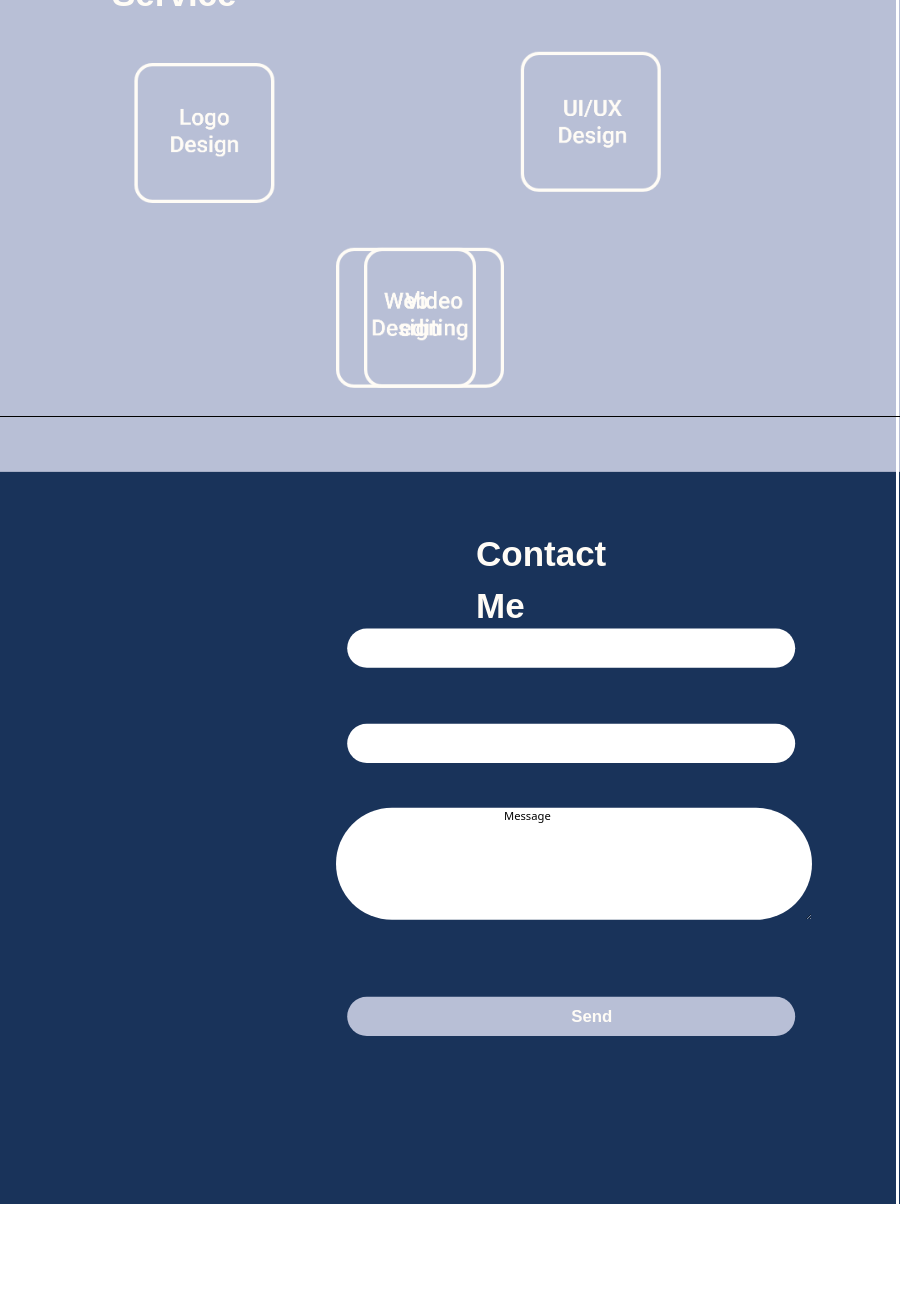
Repository: MEROO1010/my_portfolio
Page: /
The author's editor kept a copy of each file at every save. The page is drawn from the files as they stood at one save, then again after the next save.
The browser window is 1280 px wide. The page is 1285 px wide, so the pictures cover 1285 px, including what lies to the right of the window. The pictures show the part of the page from y = 2310 to 4190 px (the page is 4190 px tall before and 4184 px after), at 70% of full size.
The project was rebuilt for these pictures with package versions that can differ from the ones it lists, and the page was loaded fresh each time. The framework's server and built-in components were replaced by stand-ins that run in the browser. Also part of the build but not shown: next.config.js.

Above is the page before, as saved 2023-08-17 09:25:36.

### pages/_app.tsx
import '../styles/globals.css'
import type { AppProps } from 'next/app'
import 'tailwindcss/tailwind.css'


function MyApp({ Component, pageProps }: AppProps) {
  return <Component {...pageProps} />
}

export default MyApp

### pages/index.tsx
import type { NextPage } from 'next'
import AboutMe from './components/AboutMe'
import ContactMe from './components/ContactMe'
import Experience from './components/Experience'
import HomePage from './components/HomePage'
import Services from './components/Services'

const Home: NextPage = () => {
  return (
    <div>
      <HomePage/>
      <AboutMe/>
      <Experience/>
      <Services/>
      <ContactMe/>
    </div>
  )
}

export default Home

### styles/globals.css
@tailwind base;
@tailwind components;
@tailwind utilities;
@import url('https://fonts.googleapis.com/css2?family=Raleway:ital,wght@0,400;0,500;0,600;0,700;1,500;1,600&display=swap')

### pages/components/AboutMe.tsx
import React from 'react'
import Image from 'next/image'


const AboutMe = () => {
  return (
    <div >


        <div className="  relative my-80 pt-80  top-40  ">
        <Image src="/assets/images/bg2.png" alt="laptop" width={1920} height={5106}/>
        </div>



        <div className=" text-[#FFFCF6] relative right-20 bottom-40     ">
            <div className=" absolute  mx-60 my-2 py-80 bottom-80  left-24
 ">
            <h1 className="  font-raleway font-bold  text-[50px]">About me</h1>
            <br/>
            </div>
            <div className="absolute  mx-24  bottom-40 left-24 ">
            <p className='font-raleway  font-medium   text-[50px]'>
            My name is Marwah Alsaggaf,<br/> and I'm software-developer <br/>
            and graphic designer. I <br/>
            graduated from Arab open <br/> university with a major in
             <br/> Information Technology and Computing
            </p>
            </div>
        </div>

    </div>
  )
}

export default AboutMe

### pages/components/ContactMe.tsx
import React from 'react'
import Form from './Form'


const ContactMe = () => {
  return (
    <div className=" relative py-80   bottom-40   bg-[#19335A]">
          <div className="h-100 ">
        <div>
          <h1 className= " absolute py-20 px-80 mx-10 top-0 left-80 font-raleway font-bold  text-[50px] text-[#FFFCF6]">Contact Me</h1>

       </div>
        <Form/>
        </div>
    </div>
  )
}

export default ContactMe

### pages/components/Experience.tsx
import React from "react";
import Image from "next/image";
import { motion } from "framer-motion";

const Experience = () => {
  return (
    <div className="relative py-0 bottom-40" >
      <div className="bg-[#19335A]">
        <div className="absolute px-80 py-20 mx-80 left-20  ">
          <h1 className="text-[#FFFCF6] text-[46px]  font-raleway font-bold ">
            Experience
          </h1>
        </div>
        <motion.div
          className="relative mx-80 px-60 top-80  left-80"
          whileHover={{ scale: 1.2, rotate: 360 }}
          whileTap={{
            scale: 0.8,
            rotate: -360,
            borderRadius: "100%",
          }}
        >
          <Image
            src="/assets/images/programming-languges.png"
            alt="laptop"
            width={542}
            height={542}
          />
        </motion.div>
        <div></div>

        <motion.div className="relative mx-10   px-20  bottom-48  left-8"
        whileHover={{ scale: 1.2, rotate: 360 }}
        whileTap={{
          scale: 0.8,
          rotate: -360,
          borderRadius: "100%",
        }}
        >
          <Image
            src="/assets/images/software.png"
            alt="laptop"
            width={542}
            height={542}
          />
        </motion.div>
      </div>
    </div>
  );
};

export default Experience;

### pages/components/HomePage.tsx
import React from 'react'
import Image from 'next/image'


const HomePage = () => {
  return (
    <div className='bg-slate-700'>
        <Image src="/header.png" alt="Header" width={2000} height={0}/>

        <div className='mx-16 my-0 top-4  absolute	  '>
        <Image src="/my_logo_white.png" alt="My Logo" width={54} height={0}/>
        </div>

        <div>
          <ul className=' relative   float-right flex flex-col  px-8 mx-40 right-28   bottom-16   space-x-16 md:flex-row text-[#FFFCF6] text-[28px] font-raleway'>
            <li>Home</li>
            <li>About Me</li>
            <li>Skills</li>
            <li>My Work</li>
            <li>Contact Me</li>
          </ul>
        </div>


       <div className=' absolute   '>
       <Image src="/assets/images/MainPage.png" alt="main image" width={1920} height={912}/>
        {/*add About Me button*/}
       <div className='absolute px-28 my-80 mx-60 left-80 top-32 '>
       <button className='bg-[#19335A] rounded-3xl w-60 h-10  text-[20px] text-[#B8BFD6] font-raleway font-semibold shadow-xl' >About me</button>
       </div>

        {/*add my others accounts list*/}

        <div>
          <ul className=' absolute   float-right flex flex-col top-80 py-60 px-40 mx-80 left-40   space-x-8 md:flex-row '>
            <li><a href='https://github.com/MEROO1010'><Image src="/assets/images/github.png" alt="main image" width={54} height={54}/></a></li>
            <li><a href='https://www.instagram.com/meroo_alsaggaf/'><Image src="/assets/images/instagram.png" alt="main image" width={64} height={53}/></a></li>
            <li><a href='https://www.behance.net/merooalsaggaf'><Image src="/assets/images/behance.png" alt="main image" width={54} height={54}/></a></li>
            <li><a href='https://www.linkedin.com/in/marwah-alsaggaf-ba44011b2/'><Image src="/assets/images/linkedIn.png" alt="main image" width={54} height={54}/></a></li>
          </ul>
        </div>
       </div>






    </div>
  )
}

export default HomePage

### pages/components/Services.tsx
import React from 'react'
import Square from './Square'
const Services = () => {
  return (
    <div className= " relative py-80  bottom-40   bg-[#B8BFD6]">
        <div className="h-40 ">
        <div>
          <h1 className= " absolute py-20 px-40 top-0 font-raleway font-bold  text-[50px] text-[#FFFCF6]">Service</h1>
       </div>
       <Square/>
        </div>
    </div>
  )
}

export default Services

### pages/components/Form.tsx
import React from 'react'

const Form = () => {
  return (
    <div>
        <input type="text" placeholder='Your Name' className=" relative  px-80 mx-80 bottom-24 left-44 h-14 w-0 rounded-full"/><br/><br/>
        <input type="text" placeholder='Your Email' className=" relative  px-80 mx-80 bottom-10 left-44 h-14 w-0 rounded-full"/><br/>
        <textarea  className=" relative py-50 px-60 my-6 mx-60  left-60  w-180 h-40 rounded-full">Message</textarea>
        <button type="submit" className="relative px-80 mx-80 top-20 left-44 h-14 w-10 font-raleway text-[24px] font-semibold text-[#FFFCF6]  bg-[#B8BFD6] rounded-full">Send</button>

    </div>
  )
}

export default Form

### pages/components/Square.tsx
import React from 'react'
import Image from 'next/image'

const Square = () => {
  return (
    <div>
      {/*logo design*/}
       <div className="absolute py-40 mx-40 my-18 left-8 top-14 ">
       <Image src="/assets/images/logodesign.png" alt="laptop" width={200} height={200}/>
       </div>

        {/*programming*/}
       <div className="absolute py-60 px-40 mx-80 my-18 right-80 bottom-40 ">
       <Image src="/assets/images/programming.png" alt="laptop" width={200} height={200}/>
       </div>

       {/*ui-ux design*/}
       <div className="absolute py-60 mx-80 my-18 right-4 bottom-40 ">
       <Image src="/assets/images/uiux.png" alt="laptop" width={200} height={200}/>
       </div>

       {/*web design*/}
       <div className="absolute  mx-40 my-40 left-80 top-50 ">
       <Image src="/assets/images/webdesign.png" alt="laptop" width={200} height={200}/>
       </div>

       {/*video editing*/}
       <div className="absolute px-80 mx-20 my-40 right-40 top-50 ">
       <Image src="/assets/images/videoediting.png" alt="laptop" width={200} height={200}/>
       </div>
    </div>
  )
}

export default Square

### tailwind.config.js
/** @type {import('tailwindcss').Config} */
module.exports = {
   purge: ['./pages/**/*.{js,ts,jsx,tsx}', './components/**/*.{js,ts,jsx,tsx}'],
  content: [
    './pages/**/*.{js,ts,jsx,tsx}',
    './components/**/*.{js,ts,jsx,tsx}',
    './app/**/*.{js,ts,jsx,tsx}',
  ],
  theme: {
    extend:
    {
      fontFamily: {
        'raleway': ['Raleway', 'sans-serif']
      },
    },
  },
  plugins: [],
}

After the next save:
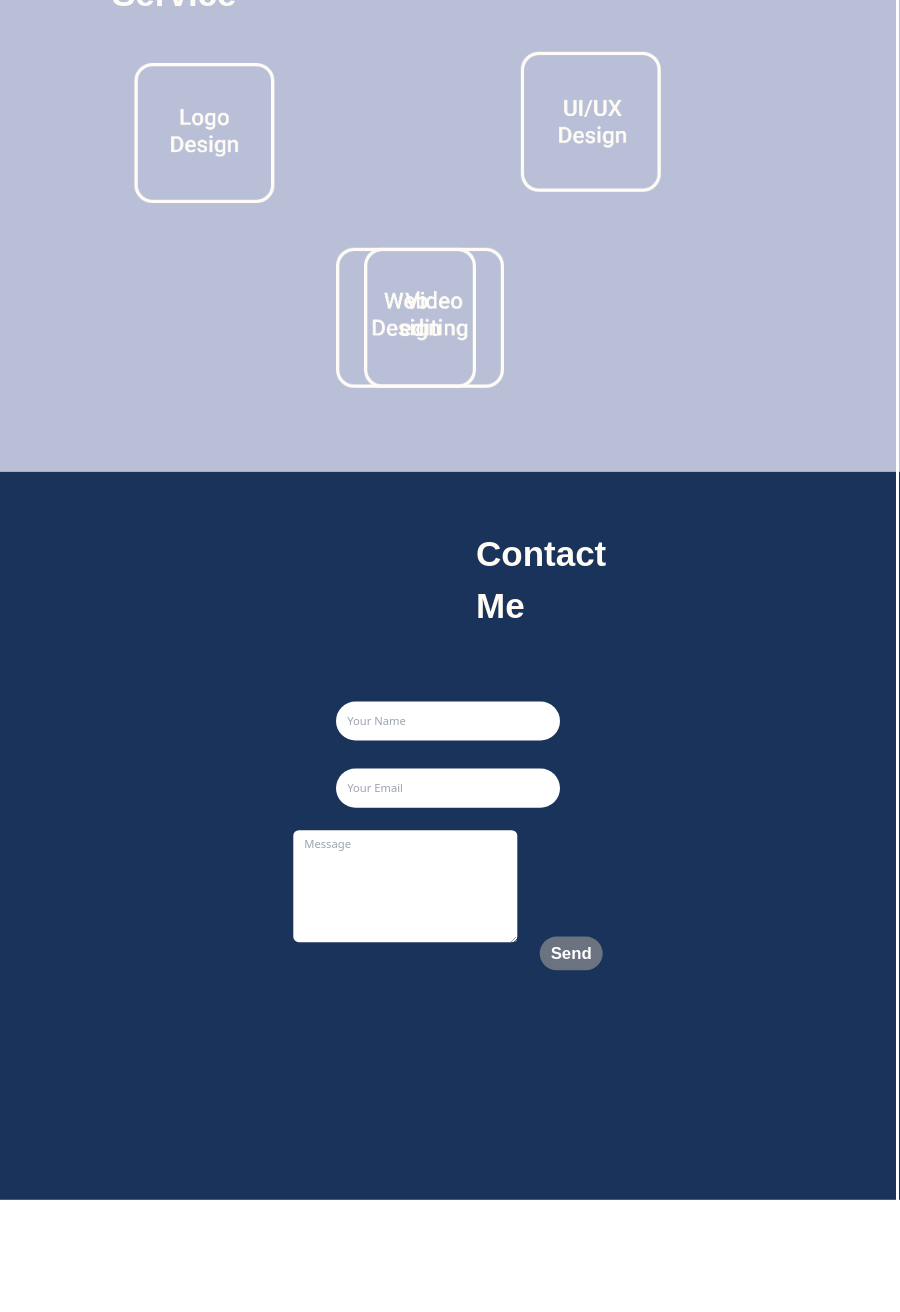
Saved 4 min 40 s later.
--- a/pages/components/Form.tsx
+++ b/pages/components/Form.tsx
@@ -2,13 +2,13 @@ import React from 'react'
 
 const Form = () => {
   return (
-    <div>
-        <input type="text" placeholder='Your Name' className=" relative  px-80 mx-80 bottom-24 left-44 h-14 w-0 rounded-full"/><br/><br/>
-        <input type="text" placeholder='Your Email' className=" relative  px-80 mx-80 bottom-10 left-44 h-14 w-0 rounded-full"/><br/>
-        <textarea  className=" relative py-50 px-60 my-6 mx-60  left-60  w-180 h-40 rounded-full">Message</textarea>
-        <button type="submit" className="relative px-80 mx-80 top-20 left-44 h-14 w-10 font-raleway text-[24px] font-semibold text-[#FFFCF6]  bg-[#B8BFD6] rounded-full">Send</button>
+    <div className="text-center">
+    <input type="text" placeholder="Your Name" className="px-4 py-2 mx-4 my-2 rounded-full h-14 w-80"/><br/><br/>
+    <input type="text" placeholder="Your Email" className="px-4 py-2 mx-4 my-2 rounded-full h-14 w-80"/><br/>
+    <textarea placeholder="Message" className="px-4 py-2 mx-4 my-6 rounded-lg h-40 w-80"></textarea>
+    <button type="submit" className="px-4 py-2 mx-4 my-2 font-raleway text-2xl font-semibold text-white bg-gray-500 rounded-full">Send</button>
+</div>
 
-    </div>
   )
 }
 
